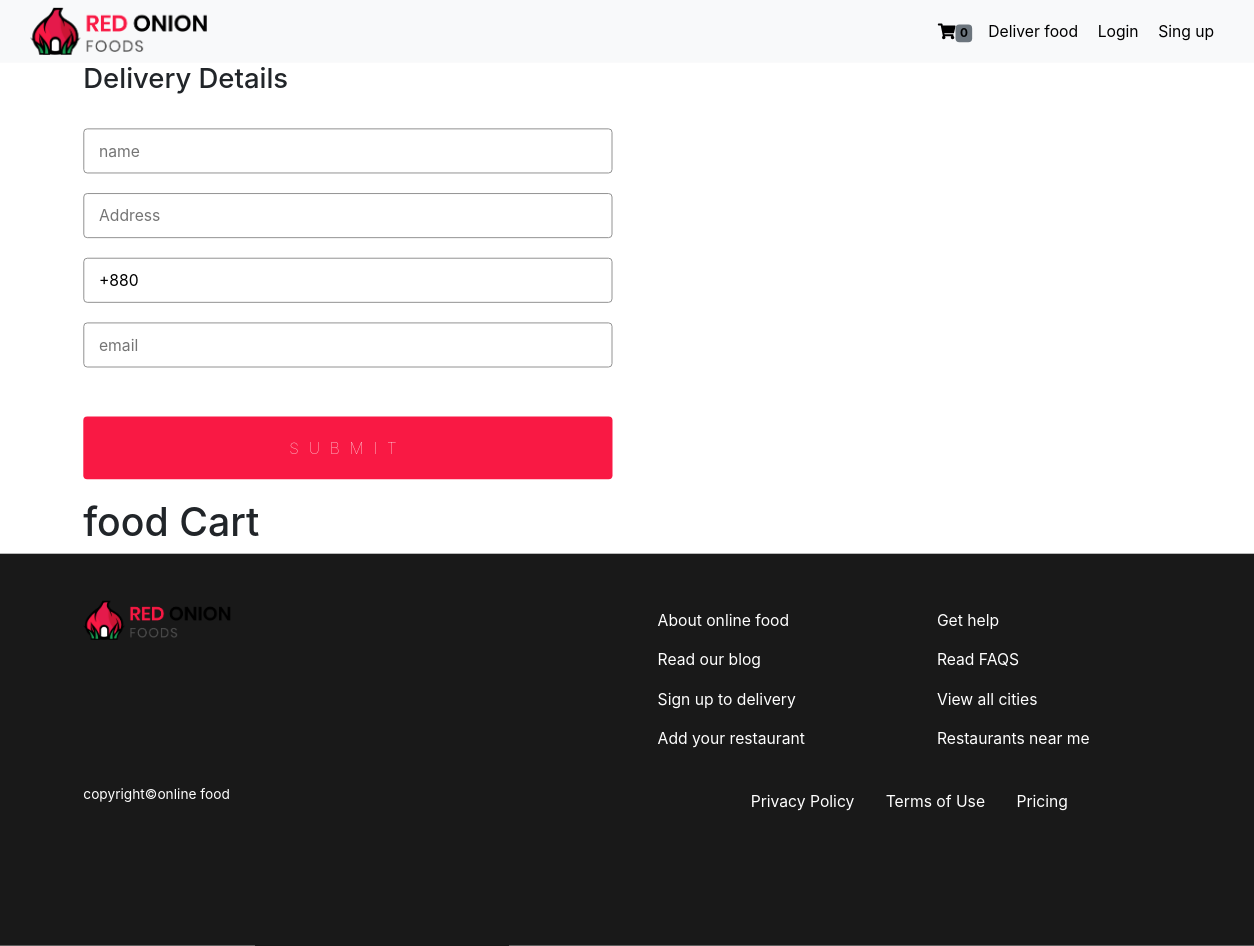
Repository: arif286/red-onion-client
Page: /cart
These files come from the project's save history. The page is drawn as it stood at one moment and after the next save; the edit follows.
The browser window is 1280 px wide. The pictures show the whole page, at 98% of full size.
The project was rebuilt for these pictures with package versions that can differ from the ones it lists, and the page was loaded fresh each time. Also part of the build but not shown: src/App.css, src/components/SearchBar/SearchBar.css, src/components/SearchBar/SearchBar.js, src/components/FoodDetails/FoodDetail.css, src/components/FoodDetails/FoodDetail.js, src/components/DeliveryFood/DeliveryFood.js, src/components/Food/Food.css, src/components/Food/FoodItem.js and 9 more.

Above is the page before, as saved 2021-03-30 16:17:52.

After the next save:
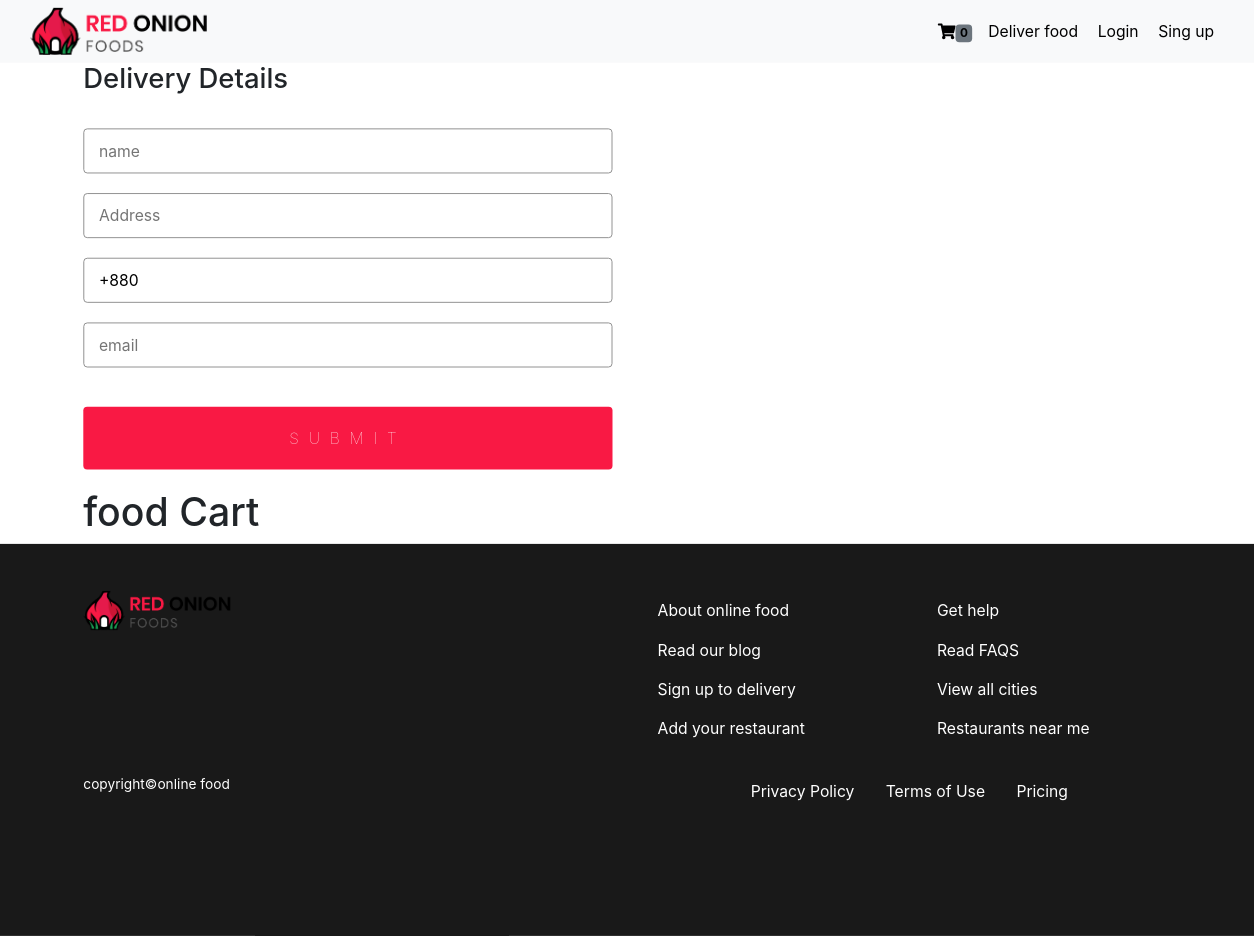
Saved 7 s later.
--- a/src/components/Cart/Cart.css
+++ b/src/components/Cart/Cart.css
@@ -27,7 +27,7 @@ button[type="submit"],
   color: white;
   text-transform: uppercase;
   border: none;
-  margin-top: 30px;
+  margin-top: 20px;
   padding: 20px;
   font-size: 16px;
   font-weight: 100;
